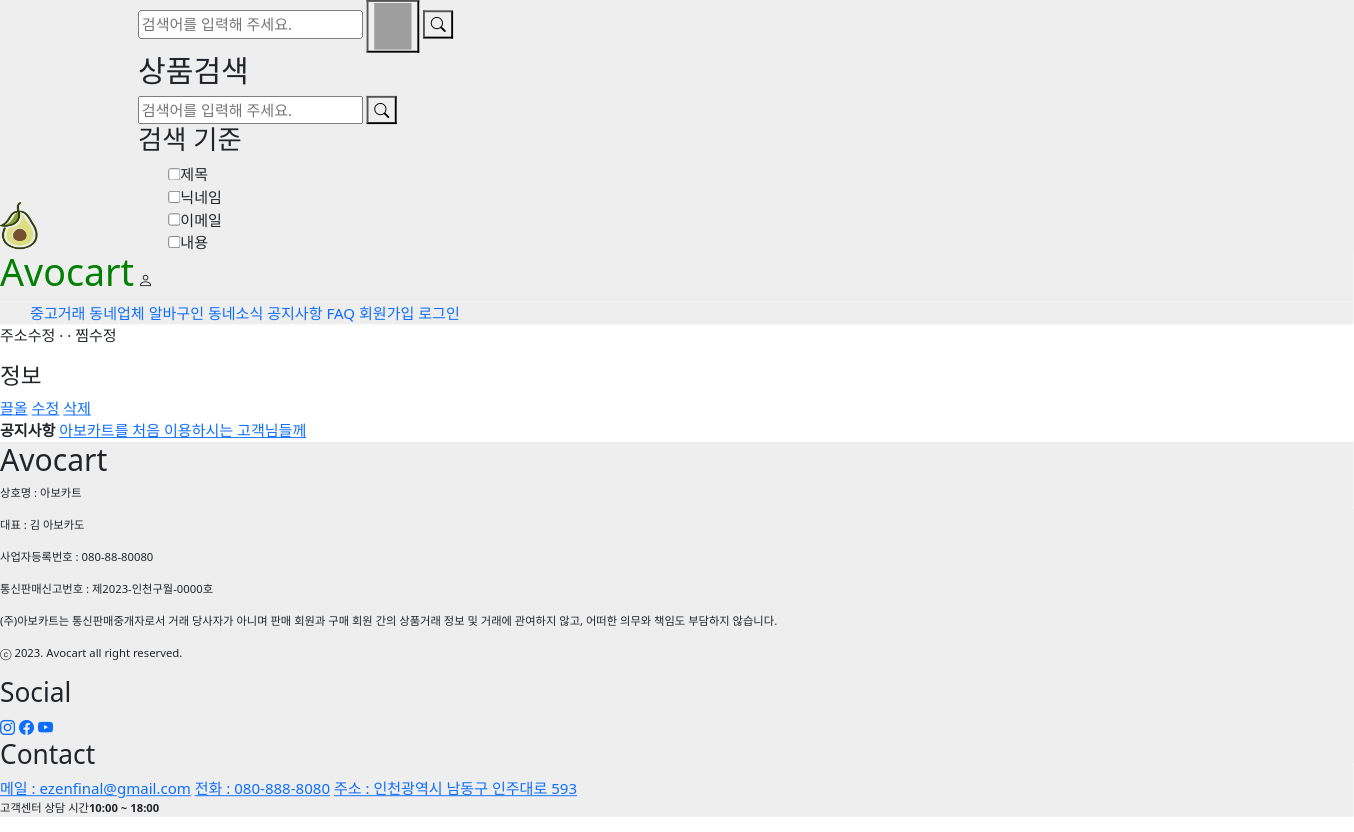
Repository: kimms0311/finalProject
Page: http://localhost/finalProject/WEB-INF/views/store/detail.jsp
These files come from the project's save history. The page is drawn as it stood at one moment and after the next save; the edit follows.
The browser window is 1280 px wide. The page is 1440 px wide, so the pictures cover 1440 px, including what lies to the right of the window. The pictures show the whole page, at 94% of full size.
Pictures or frames that could not be fetched are drawn as grey boxes. The page is served by Tomcat 9. Nobody is signed in. Other server files are loaded and not shown. The template is opened directly, without the code that normally fills it, so the values that code supplies are empty.

Above is the page before, as saved 2023-11-24 08:15:44.
Console error: TypeError: Cannot read properties of null (reading 'addEventListener')

### finalProject/src/main/webapp/WEB-INF/views/store/detail.jsp
<%@ page language="java" contentType="text/html; charset=UTF-8"
    pageEncoding="UTF-8"%>
<%@ taglib prefix="c" uri="http://java.sun.com/jsp/jstl/core"%>
<%@ taglib prefix="fn" uri="http://java.sun.com/jsp/jstl/functions" %>
<!DOCTYPE html>
<html>
<head>
<meta charset="UTF-8">
<title>Store Detail</title>
</head>
<body class="bodyContainer">
<jsp:include page="../common/header.jsp" />
<c:set value="${sdto.pvo }" var="svo"></c:set>
<div>
	<div>${svo.proTitle}</div>
	<div>주소수정 · ${svo.proMenu} · 찜수정</div>
</div>

<!-- 사진 -->
 <c:set value="${sdto.flist }" var="flist"></c:set>
 <div>
 	<ul>
 		<c:forEach items="${flist }" var="fvo">
 			<li>
 				<c:choose>
 					<c:when test="${fvo.fileType > 0 }">
 						<div>
 							<img alt="없음." src="/upload/product/${fn:replace(fvo.saveDir,'\\','/')}/${fvo.uuid}_${fvo.fileName}">
 						</div>
 					</c:when>
 					<c:otherwise>
  					</c:otherwise>
 				</c:choose>
 			</li>
 		</c:forEach>
 	</ul>
 </div>

<div>
<section>
<h4>정보</h4>
<div style="white-space:pre;">${svo.proContent}</div>
</section>
</div>

<a href="/store/repost?bno=${svo.proBno }">끌올</a>
<a href="/store/modify?bno=${svo.proBno }">수정</a>
<a href="/store/remove?bno=${svo.proBno }" id="delBtn">삭제</a>
<script type="text/javascript" src="/resources/js/storeBoardDetail.js"></script>
<jsp:include page="../common/footer.jsp" />
</body>
</html>

### finalProject/src/main/webapp/WEB-INF/views/common/header.jsp
<%@ page language="java" contentType="text/html; charset=UTF-8"
    pageEncoding="UTF-8"%>
<%@ taglib uri="http://java.sun.com/jsp/jstl/core" prefix="c"%>
<%@ taglib uri="http://www.springframework.org/security/tags" prefix="sec" %>
<!DOCTYPE html>
<html>
<head>
<meta charset="UTF-8">
<title>Insert title here</title>
<link rel="stylesheet" href="../resources/css/page.css">
<link href="https://cdn.jsdelivr.net/npm/bootstrap@5.3.1/dist/css/bootstrap.min.css" rel="stylesheet" integrity="sha384-4bw+/aepP/YC94hEpVNVgiZdgIC5+VKNBQNGCHeKRQN+PtmoHDEXuppvnDJzQIu9" crossorigin="anonymous">
<script src="https://cdn.jsdelivr.net/npm/bootstrap@5.3.1/dist/js/bootstrap.bundle.min.js" integrity="sha384-HwwvtgBNo3bZJJLYd8oVXjrBZt8cqVSpeBNS5n7C8IVInixGAoxmnlMuBnhbgrkm" crossorigin="anonymous"></script>
<link rel="stylesheet" href="https://cdn.jsdelivr.net/npm/bootstrap-icons@1.10.5/font/bootstrap-icons.css">
</head>
<body>

<div class="headerContainer">
   <header>
      <div class="logoSec">
         <img alt="logo" src="../resources/image/avocartLogo.png">
         <h1><a href="/">Avocart</a></h1>
      </div>
      <div class="searchSec">
         <form action="/common/search" method="post">
            <input type="search" id="searchInput" placeholder="검색어를 입력해 주세요.">
            <button type="button"><img width="24" height="24" src="https://img.icons8.com/plumpy/24/macos-close.png" alt="macos-close"/></button>
            <button type="button" class="openMenu">
               <i class="bi bi-search"></i>
            </button>
            <div class="searchMenu off">
               <h2>상품검색</h2>
               <input type="search" id="keyword" name="keyword" placeholder="검색어를 입력해 주세요.">
               <button type="submit">
                  <i class="bi bi-search"></i>
               </button>
               <h3>검색 기준</h3>
               <ul>
                  <li><input type="checkbox" name="srcCondit" id="ck_title" value="title"><label for="ck_title">제목</label></li>
                  <li><input type="checkbox" name="srcCondit" id="ck_nickname" value="nickname"><label for="ck_nickname">닉네임</label></li>
                  <li><input type="checkbox" name="srcCondit" id="ck_email" value="email"><label for="ck_email">이메일</label></li>
                  <li><input type="checkbox" name="srcCondit" id="ck_content" value="content"><label for="ck_content">내용</label></li>
               </ul>
               <!-- <h3>게시판 선택</h3>
               <ul>
                  <li><input type="checkbox" name="srcCondit" id="title" value="title"><label for="title">제목</label></li>
                  <li><input type="checkbox" name="srcCondit" id="nickname" value="nickname"><label for="nickname">닉네임</label></li>
                  <li><input type="checkbox" name="srcCondit" id="email" value="email"><label for="email">이메일</label></li>
                  <li><input type="checkbox" name="srcCondit" id="content" value="content"><label for="content">내용</label></li>
               </ul> -->
               <!-- <button type="button" id="checkCondit">확인</button> -->
            </div>
         </form>
         <i id="my" class="bi bi-person"></i>
         <!-- 로그인 후 오픈되어야 할 메뉴 -->
         <sec:authorize access="isAuthenticated()">
           <sec:authentication property="principal.mvo.memEmail" var="authEmail" />
            <div id="myMenu" class="off">
               <ul>
                  <li><a href="/hmember/detail?memEmail=${authEmail }">마이페이지</a></li>
                  <li><a href="#" id="logoutLink">로그아웃</a></li>
                  <form action="/member/logout" method="post" id="logoutForm">
                       <input type="hidden" name="memEmail" value="${authEmail }">
                  </form>
               </ul>
            </div>
         </sec:authorize>
      </div>
   </header>
   <nav>
      <ul>
         <li><a href="/joongo/list">중고거래</a></li>
         <li><a href="/store/list">동네업체</a></li>
         <li><a href="/job/list">알바구인</a></li>
         <li><a href="/community/list">동네소식</a></li>
         <li><a href="#">공지사항</a></li>
         <li><a href="#">FAQ</a></li>

           <!-- 로그인 전 오픈되어야 할 메뉴 -->
         <sec:authorize access="isAnonymous()">
            <li><a href="/member/register">회원가입</a></li>
            <li><a href="/member/login">로그인</a></li>
         </sec:authorize>
      </ul>
   </nav>
</div>

<script type="text/javascript" src="/resources/js/header.js"></script>
</body>
</html>

### finalProject/src/main/webapp/WEB-INF/views/common/footer.jsp
<%@ page language="java" contentType="text/html; charset=UTF-8"
    pageEncoding="UTF-8"%>
<!DOCTYPE html>
<html>
<head>
<meta charset="UTF-8">
<title>Insert title here</title>
</head>
<body>
<footer>
	<section class="infoSec">
		<div>
			<b>공지사항</b>
			<a href="#">아보카트를 처음 이용하시는 고객님들께</a>
		</div>
	</section>
	<div class="footerContainer">
		<div class="mainSec">
			<h2>Avocart</h2>
			<p>상호명 : 아보카트</p>
			<p>대표 : 김 아보카도</p>
			<p>사업자등록번호 : 080-88-80080</p>
			<p>통신판매신고번호 : 제2023-인천구월-0000호</p>
			<p>(주)아보카트는 통신판매중개자로서 거래 당사자가 아니며 판매 회원과 구매 회원 간의 상품거래 정보 및 거래에 관여하지 않고, 어떠한 의무와 책임도 부담하지 않습니다.</p>
			<p>ⓒ 2023. Avocart all right reserved.</p>
		</div>
		<div class="socialSec">
			<h3>Social</h3>
			<a href="#"><i class="bi bi-instagram"></i></a>
			<a href="#"><i class="bi bi-facebook"></i></a>
			<a href="#"><i class="bi bi-youtube"></i></a>
		</div>
		<div class="contactSec">
			<h3>Contact</h3>
			<a href="mailto:ezenFinal@gmail.com">메일 : ezenfinal@gmail.com</a>
			<a href="tel:080-888-8080">전화 : 080-888-8080</a>
			<a href="https://kko.to/k2pByw0PdA" target="_blank">주소 : 인천광역시 남동구 인주대로 593</a>
			<p>고객센터 상담 시간<b>10:00 ~ 18:00</b></p>
		</div>
	</div>
</footer>
</body>
</html>

### finalProject/src/main/webapp/resources/css/page.css
@import url("reset.css");
@import url("global.css");

### finalProject/src/main/webapp/resources/js/header.js
//프로필 버튼 클릭시 메뉴 나타나게(토글)
document.getElementById('my').addEventListener('click',()=>{
    if(document.getElementById('myMenu').classList.contains('off')){
        document.getElementById('myMenu').style = "display:inline-block";
        document.getElementById('myMenu').classList.remove('off');
        document.getElementById('myMenu').classList.add('on');

    }else{
        document.getElementById('myMenu').style = "display:none";
        document.getElementById('myMenu').classList.remove('on');
        document.getElementById('myMenu').classList.add('off');
    }
})

//로그아웃
document.getElementById('logoutLink').addEventListener('click', (e)=>{
	e.preventDefault(); //기존에 있던 이벤트를 없애는 형태
	document.getElementById('logoutForm').submit();
})

### finalProject/src/main/webapp/resources/css/global.css
.headerContainer{
}
header{
	width: 1440px;
	margin: 0 auto;
	background-color: #eeeeee;
}
header>*{
	display: inline-block;
}
header img{
	width: 40px;
	height: 50px;
}
header h1 a{
	text-decoration: none;
	color: green;
}
nav{
	width: 1440px;
	margin: 0 auto;
	background-color: #eeeeee;

}
nav ul{
	display: inline;
}
nav ul li{
	display: inline-block;
}
nav ul li a{
	text-decoration: none;

}


.bodyContainer{
	margin: 0 auto;
	width: 1440px;
}

footer .footerContainer{
	margin: 0 auto;
	width: 1440px;
	background-color: #eeeeee;

}

footer{
}
footer p{
	display: block;
	font-size: 12px;
}

Loaded but not shown: finalProject/src/main/webapp/resources/css/reset.css (common file); finalProject/src/main/webapp/resources/js/storeBoardDetail.js (no copy from this time; the picture is the same without it)

After the next save:
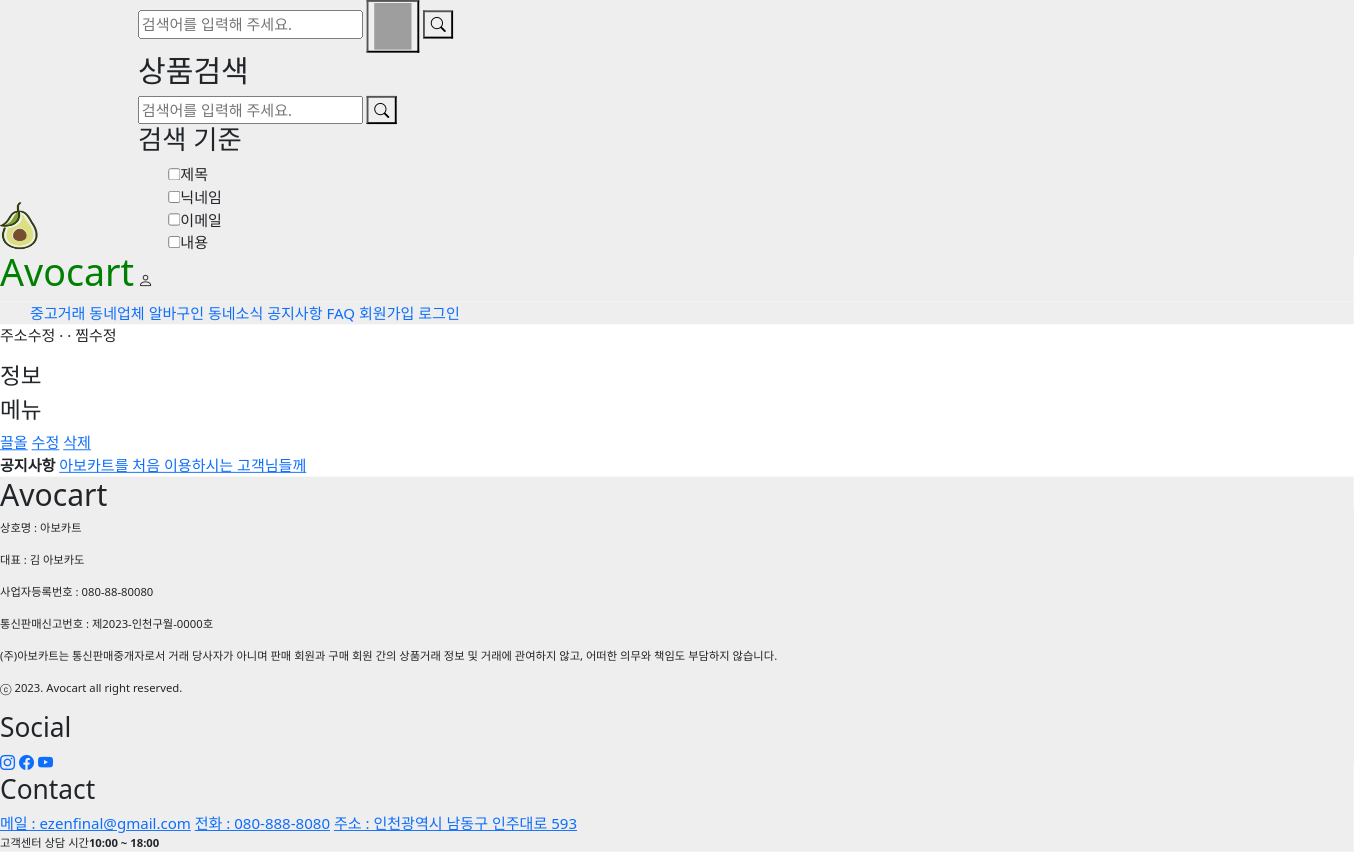
Saved 46 min 53 s later.
--- a/finalProject/src/main/webapp/WEB-INF/views/store/detail.jsp
+++ b/finalProject/src/main/webapp/WEB-INF/views/store/detail.jsp
@@ -40,6 +40,8 @@
 <section>
 <h4>정보</h4>
 <div style="white-space:pre;">${svo.proContent}</div>
+
+<h4>메뉴</h4>
 </section>
 </div>
 
